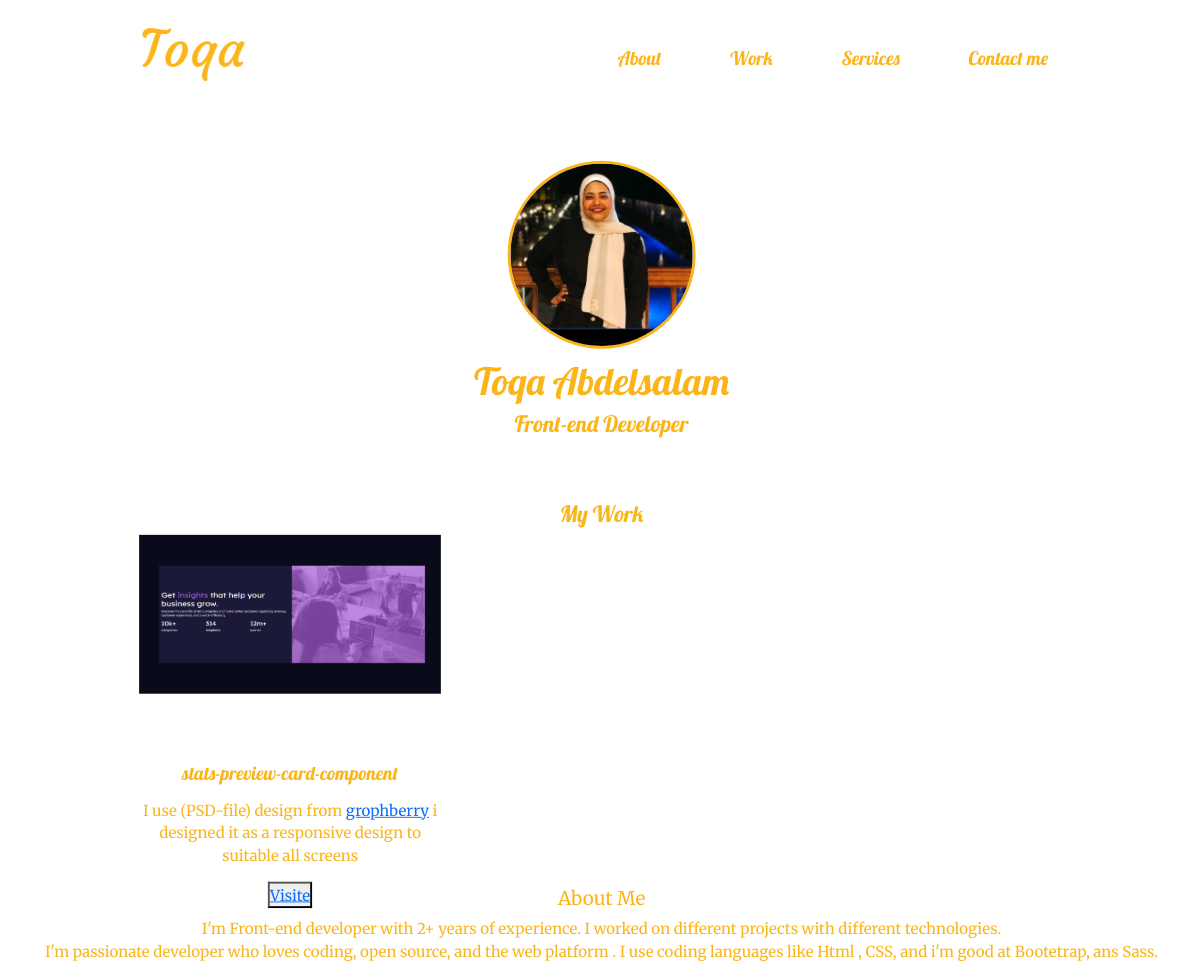
Repository: Toqa-25/portfolio
Page: index.html
An editor plug-in stored every save of this project. The page is shown before and after the next save, followed by the edit.
The browser window is 1280 px wide. The pictures show the whole page, at 94% of full size.
Some web fonts or font styles are not loaded; a fallback is used.

Above is the page before, as saved 2021-10-31 19:24:30.

### index.html
<!DOCTYPE html>
<html lang="en">
<head>
    <meta charset="UTF-8">
    <meta http-equiv="X-UA-Compatible" content="IE=edge">
    <meta name="viewport" content="width=device-width, initial-scale=1.0">
    <title>Toqa Portfolio</title>
      <!-- bootstrap file -->
      <link rel="stylesheet" href="css/all.min.css">
      <link rel="stylesheet" href="css/bootstrap.css">
      <!-- css file -->
      <link rel="stylesheet" href="css/style.css">
      <!-- fonts -->
      <link rel="preconnect" href="https://fonts.googleapis.com">
<link rel="preconnect" href="https://fonts.gstatic.com" crossorigin>
<link href="https://fonts.googleapis.com/css2?family=Lobster&family=Otomanopee+One&display=swap" rel="stylesheet">
<link rel="preconnect" href="https://fonts.googleapis.com">
<link rel="preconnect" href="https://fonts.gstatic.com" crossorigin>
<link href="https://fonts.googleapis.com/css2?family=Merriweather:ital,wght@0,300;0,400;0,700;0,900;1,300;1,400;1,700;1,900&display=swap" rel="stylesheet">
<link rel="preconnect" href="https://fonts.googleapis.com">
<link rel="preconnect" href="https://fonts.gstatic.com" crossorigin>
<link href="https://fonts.googleapis.com/css2?family=Bebas+Neue&family=Oswald:wght@200;300;400;500;600;700&display=swap" rel="stylesheet">
</head>
<body>
        <!-- header section -->
    <header class="pad">
       <div class="container">
         <div class="header-content">
           <div class="header-logo">
             <img src="images/logo.png" alt="logo">
           </div>
           <div class="bar">
             <svg xmlns="http://www.w3.org/2000/svg" width="35" height="35" fill="#fbb519" class="bi bi-list" viewBox="0 0 16 16">
               <path fill-rule="evenodd" d="M2.5 12a.5.5 0 0 1 .5-.5h10a.5.5 0 0 1 0 1H3a.5.5 0 0 1-.5-.5zm0-4a.5.5 0 0 1 .5-.5h10a.5.5 0 0 1 0 1H3a.5.5 0 0 1-.5-.5zm0-4a.5.5 0 0 1 .5-.5h10a.5.5 0 0 1 0 1H3a.5.5 0 0 1-.5-.5z"/>
             </svg>
              <ul class="hidden-list unlist list">
              <li>About</li>
              <li>Work</li>
              <li>Services</li>
              <li>Contact me</li>
              <li>Reviews</li>
            </ul>
           </div>
           <div class="header-nav">
             <ul class="list unlist">
                 <li>About</li>
                 <li>Work</li>
                 <li>Services</li>
                 <li>Contact me</li>
                 <!-- <li>Reviews</li> -->
             </ul>

           </div>
         </div>
         </div>
        </header><!-- end header section -->
        <!-- information  section -->
    <section  class="inform pad">
      <div class="main-inform " role="main">
        <div class="inform-info">
        <img src="images/toqa.jpg" alt=""><br>
        <h1>Toqa Abdelsalam</h1>
        <h4>Front-end Developer</h4>
      </div>
      </div>
    </section> <!-- end information  section -->

      <!-- my-work  section -->
      <section class="pad work">
        <div class="container">
          <h4 class="work-head">My Work</h4>
          <div class="work-content">
      <div class="work-card" role="menu">
        <div class="card-img">
          <img src="images/toqa-25.github.io_stats-preview-card-component-main_.png" alt="">
        </div>
        <div class="card-info">
          <h5 class="card-title">stats-preview-card-component </h5>
          <p class="card-inf-text"> I use  (PSD-file) design from <span> <a href="https://www.frontendmentor.io/">grophberry</a></span>
        i designed it as a responsive design to suitable all screens
         </p>
      <button class="card-button"><a href="https://toqa-25.github.io/stats-preview-card-component-main/">Visite</a></button>
        </div>
 </div>
      <!-- <div class="project card" role="menu">
        <img src="images/toqa-25.github.io_3-cards-component3_.png" alt="">
        <p>3-card-component
      I use (PSD-file) design from <span> <a href="https://www.frontendmentor.io/">grophberry</a></span>
  i designed it as a responsive design to suitable all screens <br>
  <button><a href="https://toqa-25.github.io/3-cards-component/">Visite</a></button>
 </p>
 </div>
      <div class="project card" role="menu">
          <img src="images/destop-luxestate - Copy (1).png" alt="">
          <p>Luxestate is Real-Estate Company
        I use Luxestate (PSD_file) design from <span> <a href="https://www.graphberry.com/">grophberry</a></span>
    i designed it as a responsive design to suitable all screens <br>
    <button><a href="https://toqa-25.github.io/luxstate-project-/">Visite</a></button>
   </p>
   </div>
      <div class="project card" role="menu">
          <img src="images/web_design.png" alt="">
          <p>Doop is an advertising-agency .
        I use Doop (PSD_file) design from <span> <a href="https://www.graphberry.com/">grophberry</a></span>
    i designed it as a responsive design to suitable all screens <br>
    <button><a href="https://toqa-25.github.io/simply-agency/">Visit </a></button>
   </p>
   </div>
      <div class="project card" role="menu">
        <img src="images/Vibo_App(desktop)_toqa-25.github.io2.png" alt="">
          <p>Vibo is an App-Development company
        I use Vibo PSD design from <span> <a href="https://www.graphberry.com/">grophberry</a></span>
    i designed it as a responsive design to suitable all screens <br>
    <button><a href="https://toqa-25.github.io/vibo-app/">Visite</a></button>
   </p>
   </div>
   <div class="project card" role="menu">
    <img src="images/toqa-25.github.io_landing-meeting-page_desktop.png" alt="">
    <p>Metting landing page
  I use  design from <span> <a href="https://www.frontendmentor.io/">grophberry</a></span>
i designed it as a responsive design to suitable all screens <br>
<button><a href="https://toqa-25.github.io/landing-meeting-page/">Visite</a></button>
</p>
</div> -->
   </div>
   </div>
      </section>

      <section class="section about">

          <h5>About Me</h5>
      <p> I'm Front-end developer with 2+ years of experience. I worked on different projects with different technologies. <br>
       I'm passionate developer who loves coding, open source, and the web platform .
       I use coding languages like Html , CSS, and i'm good at Bootetrap, ans Sass. </p>
      </section>

</body>
</html>

### css/style.css
/*
    public style
***********************
*/
:root{
    --main-color:#fbb519;
    --section-padding:30px;
}
* , *:after , *:before{
    box-sizing: border-box;
    margin: 0;
    padding: 0;
}
body{
    font-family: 'Merriweather', serif;
    color:var(--main-color);
}
.pad{
    padding: var(--section-padding) 0;
}
.container
{
  width: 80%;
  margin:auto;
  padding: 0 20px;
}
 .pad h5{
    text-align: center;
    font-family: 'Lobster';
    margin-bottom: 15px;
 }
 .unlist{
     list-style: none;
 }
/*
    header style
***********************
*/
 header{
    font-family: 'Lobster', cursive;
 }
 .header-content{
    display: flex;
}
.header-logo{
    width:50%;
}
.bar{
    position: relative;
    display: none;
    margin: auto 20px;
     transition: .2s;
     cursor: pointer;
     width: 50%;
    /* text-align: right; */
    justify-content: flex-end;
}
 .header-nav{
   min-width: 50%;
    display: flex;
    justify-content: flex-end;
 }
 .header-nav .list{
     width: 100%;
     display: flex;
     justify-content: space-between;
     align-items: center;
     padding: 17px;
 }
  .list li{
     font-size: 20px;
     transition: .2s;
     -webkit-transition: .2s;
     -moz-transition: .2s;
     -ms-transition: .2s;
     -o-transition: .2s;
     cursor: pointer;
     margin-bottom: 2px;
    }
     .list li:hover{
        border-bottom: 2px solid var(--main-color);
    }
    .hidden-list{
         text-align: center;
         position: absolute;
         width: 120px;
         top: 3px;
         right: -70px;
         background-color: #f5f5dc91;
         padding: 10px;
         border-radius: 25px;
         -webkit-border-radius: 25px;
         -moz-border-radius: 25px;
         -ms-border-radius: 25px;
         -o-border-radius: 25px;
         transition: .2s;
         -webkit-transition: .2s;
         -moz-transition: .2s;
         -ms-transition: .2s;
         -o-transition: .2s;
         visibility: hidden;
         display: none;
}
/* media quary for header*/
 @media (max-width: 991px){
   .header-nav {
      display: none;
  }
  .bar{
      display: flex;
  }
  .bar:hover .hidden-list{
    visibility: visible;
    display: block;
  }
}
/*
    my-information&image style
  ********************************
 */
 .main-inform{
     color: var(--main-color);
    text-align: center;
    height: 300px;
    display: flex;
    align-items: center;
    justify-content: center;
    font-family: 'Lobster', cursive;
}
.main-inform img{
    width: 200px;
    height: 200px;
    border:3px solid;
    border-radius: 50%;
    -webkit-border-radius: 50%;
     -moz-border-radius: 50%;
     -ms-border-radius: 50%;
     -o-border-radius: 50%;
     margin-bottom: 10px;
    }
/*
    my-work style
********************************
*/
.work{
    text-align: center;
}
 .work-content{
    display: grid;
    grid-template-columns:repeat(3,1fr);
    gap:10px;
 }
 .work .work-head{
    text-align: center;
    font-family: 'Lobster';
 }
 .work-card{

 }
 .card-img{
     width:100%;
     height:70%;
 }
 .card-img img{
     width:100%;
     height:70%;
 }
.card {
    width: 100%;
    height: 100%;
    position: relative;
    display: flex;
    flex-direction: column;
    min-width: 0;
    word-wrap: break-word;
    background-color: black;
    background-clip: border-box;
    border: 4px solid var(--main-color);
    border-radius: 0.3rem;
}

.card img{
    max-width:100%;
    max-height: 150px;
    border-bottom: 3px solid;
}
.card img:hover{
   transform: scale(1.1);
   -webkit-transform: scale(1.1);
   -moz-transform: scale(1.1);
   -ms-transform: scale(1.1);
   -o-transform: scale(1.1);
}
.card p{
    margin-bottom: 1rem;
    background-color: black;
    font-size: 10px;
    padding: 2px;
    margin: 0px;
    margin-top: 0px;
    width: 100%;
    height: 100%;
    text-align: center;
    color:#483705;
    background-color: #f5f5dce8;
    padding-top: 10px;

}
.card p a{
    text-decoration: none;
    color: #e2bc66;
    font-weight: bolder;
}
.card p:hover{

}

.card button{
    width: 95px;
    text-align: center;
    background-color: #ffc107;
    border: none;
    border-radius: 15px;
    padding: 5px;
    margin-top: 7px;
}
.card button:hover{
    width:120px;
    padding: 10px;
}
.card button a{
    text-decoration: none;
    color: #483705;
}

.about{
    text-align: center;

}

/*
           media quary style
    ***************************************
        //extra small devices @media (maxwidth:575px)
        //small devices @media (maxwidth:767px)
        //medium devices @media (maxwidth:991px)
        //large devices @media (maxwidth:1199px)
*/

Loaded but not shown: css/all.min.css (library); css/bootstrap.css (library)

After the next save:
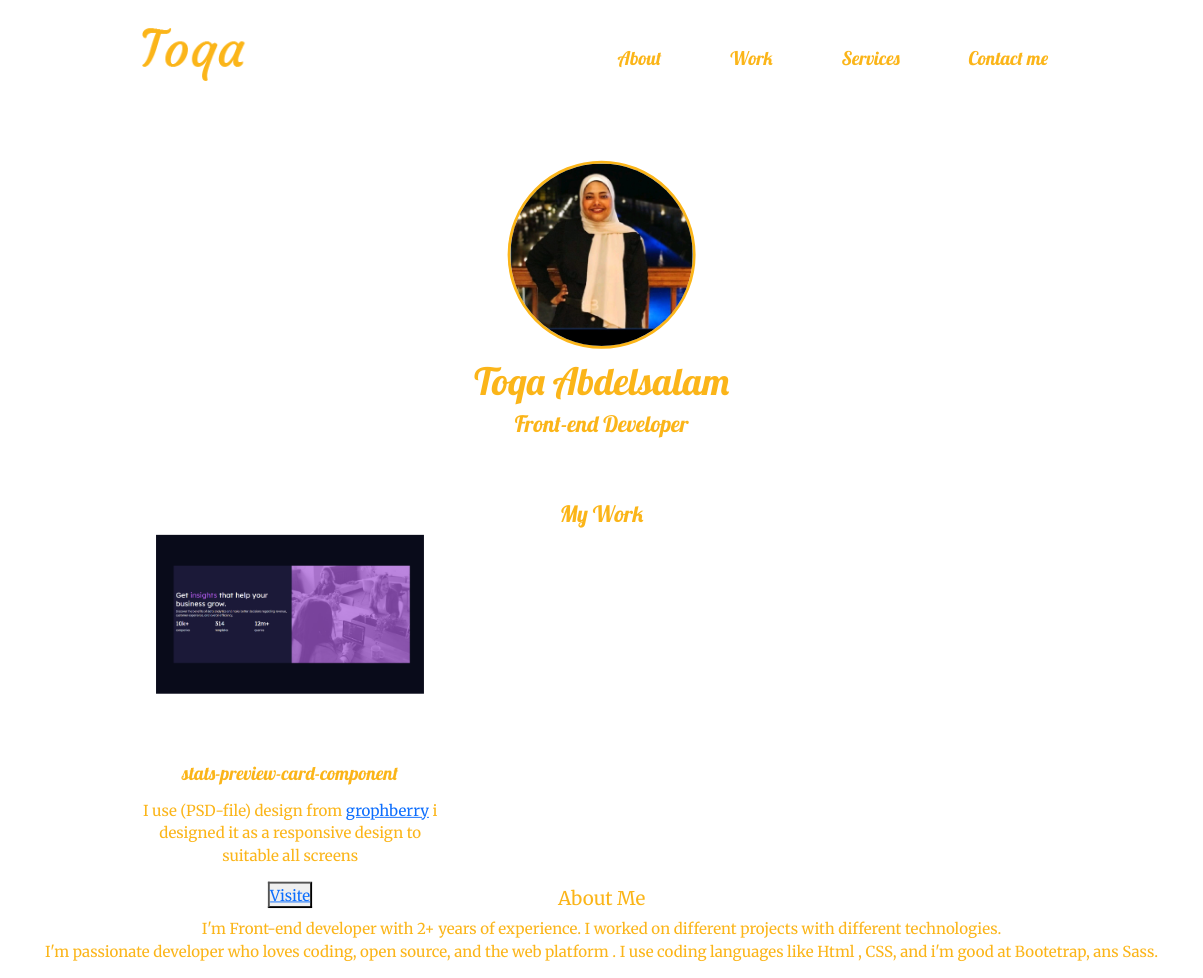
Saved 7 s later.
--- a/css/style.css
+++ b/css/style.css
@@ -162,7 +162,7 @@ body{
      height:70%;
  }
  .card-img img{
-     width:100%;
+     max-width:100%;
      height:70%;
  }
 .card {
